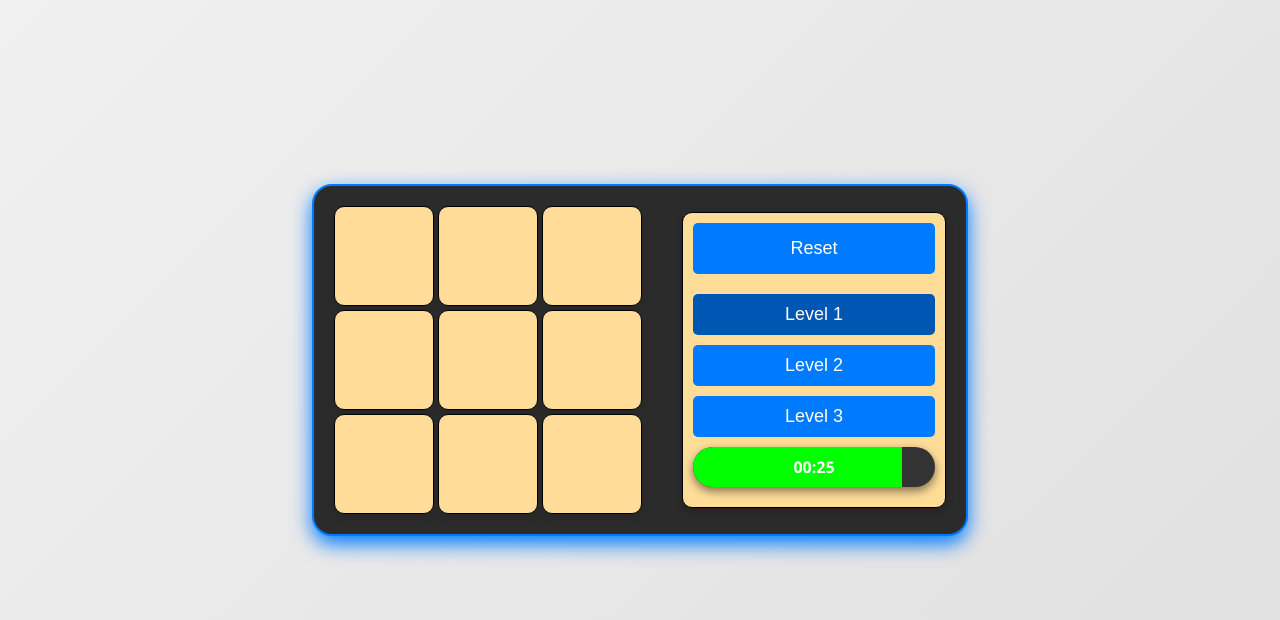
Repository: radisyah/THE_BRAIN_STORM
Page: Impossible Memory.html
These files come from the project's save history. The page is drawn as it stood at one moment and after the next save; the edit follows.
The browser window is 1280 px wide. The pictures show the whole page.

Above is the page before, as saved 2024-10-22 23:15:25.

### Impossible Memory.html
<!DOCTYPE html>
<html lang="en">
<head>
    <meta charset="UTF-8">
    <meta name="viewport" content="width=device-width, initial-scale=1.0">
    <title>Impossible Memories</title>
    <style>
        body {
            font-family: 'Segoe UI', Tahoma, Geneva, Verdana, sans-serif;
            display: flex;
            justify-content: center;
            align-items: center;
            height: 100vh;
            margin: 0;
            background: linear-gradient(135deg, #f0f0f0, #e0e0e0);
        }


        .container {
            display: flex;
            justify-content: center;
            align-items: center;
            gap: 40px;
            background-color: #2b2b2b; /* Dark background for contrast */
            border-radius: 20px;
            box-shadow: 0 8px 20px  #007bff;
            padding: 20px; /* Padding for container */
            transition: transform 0.3s ease-in-out;
            border: 2px solid #007bff;
        }

        .container:hover {
            transform: scale(1.02); /* Slight scale effect when hovering over the container */
        }

        /* Timer container styles */
        .timer-container {
            position: relative;
            width: 100%;
            height: 40px;
            background-color: #333;
            border-radius: 20px;
            overflow: hidden;
            box-shadow: 0px 4px 10px rgba(0, 0, 0, 0.5);
            margin-bottom: 10px;
        }

        /* Timer text styles */
        #timer {
            position: absolute;
            top: 50%;
            left: 50%;
            transform: translate(-50%, -50%);
            color: white;
            font-size: 16px;
            font-weight: bold;
            z-index: 2;
        }

        /* Progress bar styles */
        .timer-bar {
            position: absolute;
            top: 0;
            left: 0;
            height: 100%;
            background: linear-gradient(90deg, #00ff00, #ffff00, #ff0000);
            width: 100%;
            transition: width 1s linear;
            z-index: 1;
        }


        .grid-container {
            display: grid;
            gap: 4px;
            grid-template-columns: repeat(7, 70px); /* Ukuran grid */
            grid-template-rows: repeat(7, 70px); /* Ukuran grid */
            position: relative;

        }

        .grid-item {
            display: flex;
            justify-content: center;
            align-items: center;
            font-size: 20px;
            border-radius: 10px;
            box-shadow: 0 4px 6px rgba(0, 0, 0, 0.1);
            transition: transform 0.3s, background-color 0.3s;
            cursor: pointer;
            position: relative;
        }


        .grid-item input {
            width: 100%;
            height: 100%;
            font-size: 20px;
            text-align: center;
            background-color: #ffdd99;
            border: 1px solid #000;
            border-radius: 10px;
            outline: none;
            box-sizing: border-box;
        }

        .grid-item input:hover {
            transform: translateY(-5px);
            background-color: #fbc05d;
        }

        .grid-item input.correct {
            background-color: #28a745;
            color: white;
            pointer-events: none;
            transition: background-color 0.5s ease, color 0.5s ease; /* Animasi transisi */
        }

        .grid-item input.wrong {
            background-color: #dc3545;
            color: white;
            pointer-events: none;
            transition: background-color 0.5s ease, color 0.5s ease; /* Animasi transisi */
        }

        .button-container {
            display: flex;
            flex-direction: column; /* Susun tombol secara vertikal */
            gap: 10px; /* Jarak antar tombol */
            padding: 10px; /* Padding di dalam tombol */
            background-color: #ffdd99; /* Warna latar untuk layout tombol */
            border-radius: 10px; /* Sudut membulat */
            box-shadow: 0 4px 8px rgba(0, 0, 0, 0.2); /* Bayangan untuk efek */
            border: 1px solid #000;
        }

        .grid-size-buttons button {
            padding: 10px; /* Padding tombol */
            margin-top: 10px; /* Jarak atas untuk menambah jarak antara tombol */
        }


        #resetButton, .question-button {
            padding: 15px 20px; /* Padding untuk tombol */
            font-size: 18px; /* Ukuran font */
            cursor: pointer;

            background-color: #007bff;
            color: white;
            border: none;
            border-radius: 5px;
            transition: background-color 0.3s;
            width: 100%; /* Membuat tombol mengambil lebar penuh */
        }

        #resetButton:hover, .question-button:hover {
            background-color: #0056b3; /* Warna hover */
        }

        .active-level {
            background-color: #0056b3; /* Green for active level */
        }


    </style>
</head>
<body>

    <div class="container">
        <div class="grid-container" id="grid-container">
            <!-- Dynamic grid will be generated here -->
        </div>

        <div class="button-container">
            <button id="resetButton" onclick="resetAnswers()">Reset</button>
            <div class="grid-size-buttons">
                <button class="question-button" id="level1" disabled>Level 1</button>
                <button class="question-button" id="level2" disabled>Level 2</button>
                <button class="question-button" id="level3" disabled>Level 3</button>
            </div>
            <div class="timer-container">
                <div id="timer">00:30</div>
                <div class="timer-bar"></div>
            </div>
        </div>
    </div>


    <script>
        const gridSizes = {
            3: [
                { correct: 0 }, { correct: 0 }, { correct: 0 },
                { correct: 0 }, { correct: 0 }, { correct: 0 },
                { correct: 0 }, { correct: 0 }, { correct: 0 }
            ],
            5: [
                { correct: 0 }, { correct: 0 }, { correct: 0 }, { correct: 0 }, { correct: 0 },
                { correct: 0 }, { correct: 0 }, { correct: 0 }, { correct: 0 }, { correct: 0 },
                { correct: 0 }, { correct: 0 }, { correct: 0 }, { correct: 0 }, { correct: 0 },
                { correct: 0 }, { correct: 0 }, { correct: 0 }, { correct: 0 }, { correct: 0 },
                { correct: 0 }, { correct: 0 }, { correct: 0 }, { correct: 0 }, { correct: 0 }
            ],
            7:  [
                { correct: 0 }, { correct: 0 }, { correct: 0 }, { correct: 0 }, { correct: 0 },  { correct: 0 },  { correct: 0 },
                { correct: 0 }, { correct: 0 }, { correct: 0 }, { correct: 0 }, { correct: 0 }, { correct: 0 },  { correct: 0 },
                { correct: 0 }, { correct: 0 }, { correct: 0 }, { correct: 0 }, { correct: 0 }, { correct: 0 },  { correct: 0 },
                { correct: 0 }, { correct: 0 }, { correct: 0 }, { correct: 0 }, { correct: 0 }, { correct: 0 },  { correct: 0 },
                { correct: 0 }, { correct: 0 }, { correct: 0 }, { correct: 0 }, { correct: 0 }, { correct: 0 },  { correct: 0 },
                { correct: 0 }, { correct: 0 }, { correct: 0 }, { correct: 0 }, { correct: 0 }, { correct: 0 },  { correct: 0 },
                { correct: 0 }, { correct: 0 }, { correct: 0 }, { correct: 0 }, { correct: 0 }, { correct: 0 },  { correct: 0 },
            ]
        };

        let currentLevel = 1; // Start from level 1
        let timeRemaining = 30; // Default to 30 seconds for Level 1
        let timerInterval;
        let isTimerRunning = false;

        // Initialize the game with Level 1 active
        document.getElementById('level1').disabled = false;
        document.getElementById('level1').classList.add('active-level');

        function startTimer() {
            if (isTimerRunning) return;
            isTimerRunning = true;

            timerInterval = setInterval(() => {
                const timerDisplay = document.getElementById('timer');
                const timerBar = document.querySelector('.timer-bar');

                timeRemaining--;

                // Calculate minutes and seconds
                const minutes = Math.floor(timeRemaining / 60);
                const seconds = timeRemaining % 60;
                timerDisplay.textContent = `${minutes < 10 ? '0' + minutes : minutes}:${seconds < 10 ? '0' + seconds : seconds}`;

                // Update timer bar width
                const percentage = (timeRemaining / getInitialTimeForLevel()) * 100;
                timerBar.style.width = `${percentage}%`;

                // Change bar color based on remaining time
                if (percentage <= 33) {
                    timerBar.style.background = "#ff0000"; // Red for last third
                } else if (percentage <= 66) {
                    timerBar.style.background = "#ffff00"; // Yellow for middle third
                } else {
                    timerBar.style.background = "#00ff00"; // Green for initial third
                }

                if (timeRemaining <= 0) {
                    clearInterval(timerInterval);
                    isTimerRunning = false;
                    timerDisplay.textContent = "Time is Over!!";
                    lockInputs();
                }
            }, 1000);
        }

        function getInitialTimeForLevel() {
            switch (currentLevel) {
                case 1:
                    return 30; // 30 seconds for Level 1
                case 2:
                    return 60; // 1 minute for Level 2
                case 3:
                    return 90; // 1 minute 30 seconds for Level 3
                default:
                    return 30; // Default fallback
            }
        }

        function lockInputs() {
            document.querySelectorAll('.answer').forEach(input => {
                input.disabled = true; // Disable all answer inputs
            });
            document.getElementById('resetButton').disabled = true;
        }

        function createGrid(size) {
            const gridContainer = document.getElementById('grid-container');
            gridContainer.style.gridTemplateColumns = `repeat(${size}, 100px)`;
            gridContainer.style.gridTemplateRows = `repeat(${size}, 100px)`;
            gridContainer.innerHTML = ''; // Clear previous content

            const gridData = gridSizes[size];

            gridData.forEach(data => {
                const gridItem = document.createElement('div');
                gridItem.classList.add('grid-item');
                const input = document.createElement('input');
                input.classList.add('answer');
                input.setAttribute('type', 'text');
                input.setAttribute('data-correct', data.correct);
                input.addEventListener('input', () => checkInput(input)); // Add event listener for each input
                gridItem.appendChild(input);
                gridContainer.appendChild(gridItem);
            });

            if (!isTimerRunning) startTimer();
        }

        function checkInput(input) {
            const correctAnswer = parseInt(input.dataset.correct);  // Get correct answer from data-correct
            const userAnswer = parseInt(input.value);  // Get user answer as a number

            if (input.value.trim() === '') {
                input.classList.remove('correct', 'wrong'); // Reset styles if empty
            } else if (userAnswer === correctAnswer) {
                input.classList.add('correct');
                input.classList.remove('wrong');
                input.disabled = true; // Disable input if correct
            } else {
                input.classList.add('wrong');
                input.classList.remove('correct');
            }

            // Optionally, you can check if all inputs are correct to trigger next level
            checkAllAnswers();
        }

        function checkAllAnswers() {
            const inputs = document.querySelectorAll('.answer');
            let allCorrect = true;
            let allFilled = true;

            inputs.forEach(input => {
                const correctAnswer = parseInt(input.dataset.correct);
                const userAnswer = parseInt(input.value);

                if (input.value.trim() === '') {
                    allFilled = false;
                } else if (userAnswer !== correctAnswer) {
                    allCorrect = false;
                }
            });

            if (allCorrect && allFilled) {
                setTimeout(() => nextLevel(), 1000); // Move to next level after 1 second delay
            }
        }

        function nextLevel() {
            clearInterval(timerInterval);
            isTimerRunning = false;

            if (currentLevel === 1) {
                currentLevel = 2;
                document.getElementById('level2').disabled = false;
                document.getElementById('level1').disabled = true;
                document.getElementById('level1').classList.remove('active-level');
                document.getElementById('level2').classList.add('active-level');
                timeRemaining = getInitialTimeForLevel(); // Set new time for Level 2
                changeGridSize(5);
            } else if (currentLevel === 2) {
                currentLevel = 3;
                document.getElementById('level3').disabled = false;
                document.getElementById('level2').disabled = true;
                document.getElementById('level2').classList.remove('active-level');
                document.getElementById('level3').classList.add('active-level');
                timeRemaining = getInitialTimeForLevel(); // Set new time for Level 3
                changeGridSize(7);
            } else if (currentLevel === 3) {
                // After Level 3, restart the game at Level 1
                restartGame();
            }

            startTimer(); // Start the timer for the next level
        }


        function restartGame() {
            // Reset to Level 1
            currentLevel = 1;
            timeRemaining = getInitialTimeForLevel(); // Set time for Level 1

            // Reset level buttons
            document.getElementById('level1').disabled = false;
            document.getElementById('level2').disabled = true;
            document.getElementById('level3').disabled = true;

            // Update active level styles
            document.getElementById('level1').classList.add('active-level');
            document.getElementById('level2').classList.remove('active-level');
            document.getElementById('level3').classList.remove('active-level');

            // Reset the grid size to Level 1's size
            changeGridSize(3);
        }


        function changeGridSize(size) {
            createGrid(size);
        }

        function resetAnswers() {
            createGrid(currentLevel === 1 ? 3 : currentLevel === 2 ? 5 : 7);
        }
        // Initialize Level 1 grid and start the timer
        createGrid(3);
        timeRemaining = getInitialTimeForLevel(); // Set the initial timer for Level 1
        startTimer();

    </script>


</body>
</html>

After the next save:
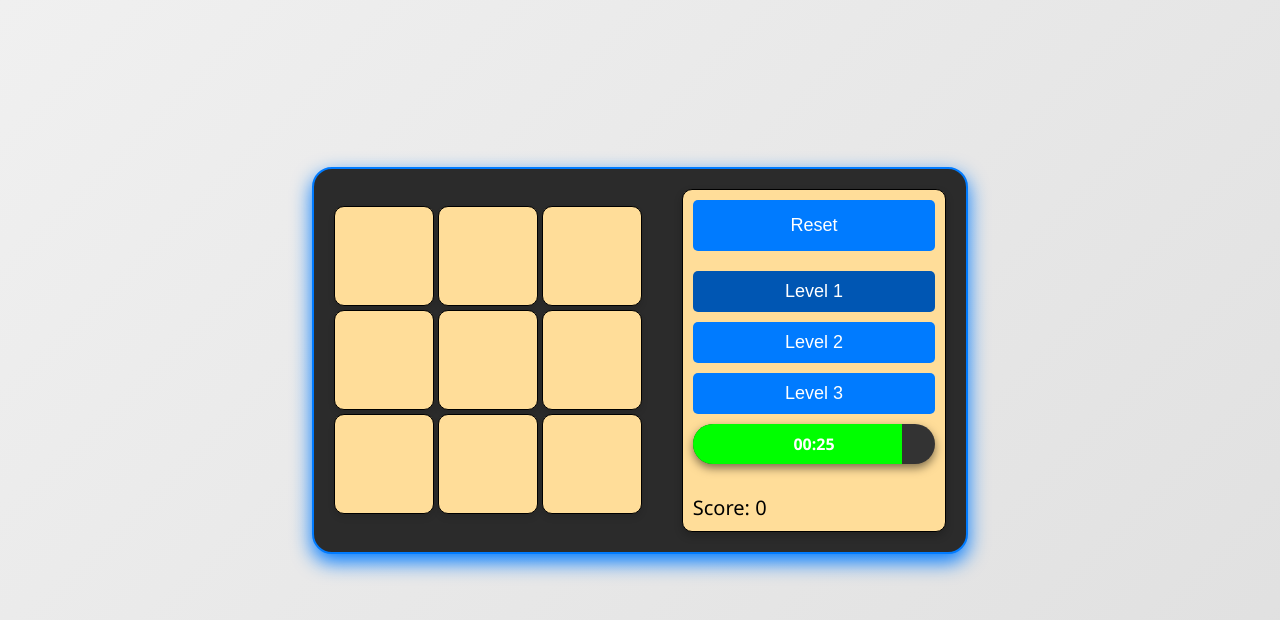
Saved 4 min 57 s later.
--- a/Impossible Memory.html
+++ b/Impossible Memory.html
@@ -182,6 +182,7 @@
                 <div id="timer">00:30</div>
                 <div class="timer-bar"></div>
             </div>
+            <div id="score-display" style="font-size: 20px; margin-top: 10px;">Score: 0</div>
         </div>
     </div>
 
